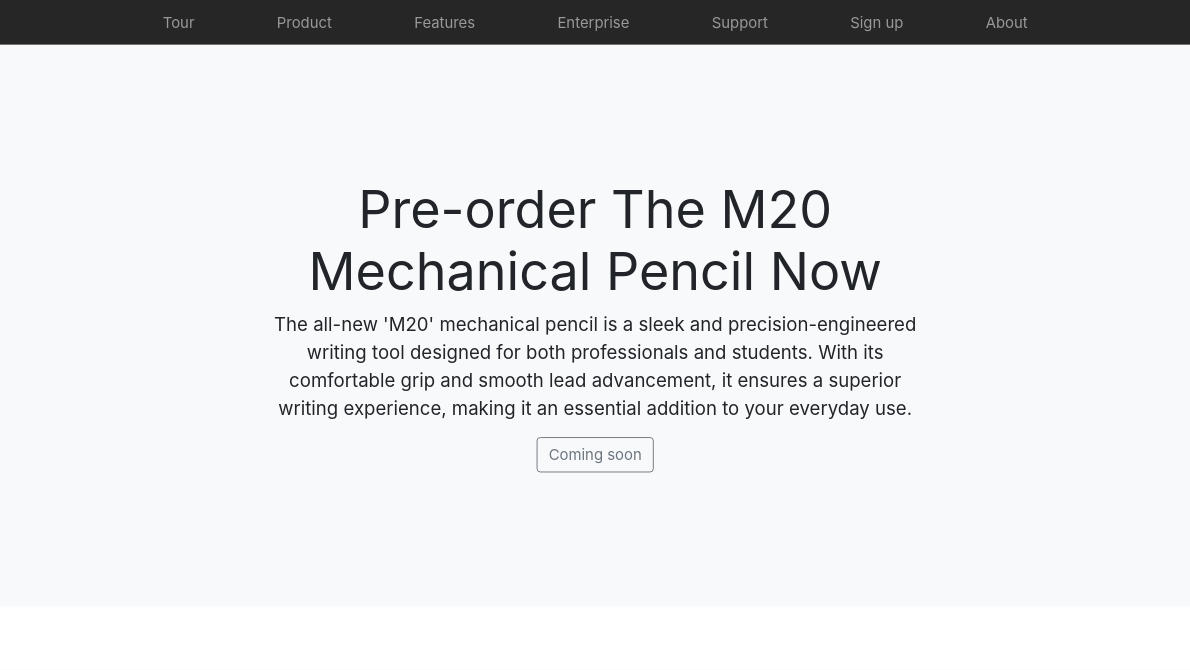
Repository: mshak008/Muhammad-Shakeel-Resume
Page: LearnCS8-Twilio/TwilioTemplate/index.html
The author's editor kept a record of every edit. The page is drawn from the files as they stood at one moment, then again after the next edit.
The browser window is 1280 px wide. The pictures show the whole page, at 93% of full size.

Above is the page before.

### LearnCS8-Twilio/TwilioTemplate/index.html
<!doctype html>
<html lang="en">
  <head>
    <!-- 862433975 -->
    <meta charset="utf-8">
    <meta name="viewport" content="width=device-width, initial-scale=1, shrink-to-fit=no">
    <meta name="description" content="Please include a description here">
    <meta name="author" content="YourStudentID">

    <!-- Bootstrap CSS -->
    <link rel="stylesheet" href="https://stackpath.bootstrapcdn.com/bootstrap/4.5.2/css/bootstrap.min.css" integrity="sha384-JcKb8q3iqJ61gNV9KGb8thSsNjpSL0n8PARn9HuZOnIxN0hoP+VmmDGMN5t9UJ0Z" crossorigin="anonymous">

    <!-- Title of your Website -->
    <title>M20 Mechanical Pencil</title>
    <link href="product.css" rel="stylesheet">
  </head>
  <body>
    <nav class="site-header sticky-top py-1">
    <!-- Top Menu Bar -->
    <div class="container d-flex flex-column flex-md-row justify-content-between">
        <a class="py-2 d-none d-md-inline-block" id="menu-item-1" href="#">Tour</a>
        <a class="py-2 d-none d-md-inline-block" id="menu-item-2" href="#">Product</a>
        <a class="py-2 d-none d-md-inline-block" id="menu-item-3" href="#">Features</a>
        <a class="py-2 d-none d-md-inline-block" id="menu-item-4" href="#">Enterprise</a>
        <a class="py-2 d-none d-md-inline-block" id="menu-item-5" href="#">Support</a>
        <a class="py-2 d-none d-md-inline-block" id="menu-item-6" href="#">Sign up</a>
        <a class="py-2 d-none d-md-inline-block" id="menu-item-7" href="#">About</a>
    </div>
</nav>
<!-- Main Header Section h1-->
<div class="position-relative overflow-hidden p-3 p-md-5 m-md-0 text-center bg-light">
    <div class="col-md-8 p-lg-5 mx-auto my-5">
        <h1 class="display-4 font-weight-normal">Pre-order The M20 Mechanical Pencil Now</h1>
        <p class="lead font-weight-normal">The all-new 'M20' mechanical pencil is a sleek and precision-engineered writing tool designed for both professionals and students. With its comfortable grip and smooth lead advancement, it ensures a superior writing experience, making it an essential addition to your everyday use.</p>
        <a class="btn btn-outline-secondary" href="#">Coming soon</a>
    </div>
</div>
  </body>
</html>

### LearnCS8-Twilio/TwilioTemplate/product.css
.container {
  max-width: 960px;
}

/*
 * Custom translucent site header
 */

.site-header {
  background-color: rgba(0, 0, 0, .85);
  -webkit-backdrop-filter: saturate(180%) blur(20px);
  backdrop-filter: saturate(180%) blur(20px);
}
.site-header a {
  color: #999;
  transition: ease-in-out color .15s;
}
.site-header a:hover {
  color: #fff;
  text-decoration: none;
}

/*
 * Dummy devices (replace them with your own or something else entirely!)
 */

.product-device {
  position: absolute;
  right: 10%;
  bottom: -30%;
  width: 300px;
  height: 540px;
  background-color: #333;
  border-radius: 21px;
  -webkit-transform: rotate(30deg);
  transform: rotate(30deg);
}

.product-device::before {
  position: absolute;
  top: 10%;
  right: 10px;
  bottom: 10%;
  left: 10px;
  content: "";
  background-color: rgba(255, 255, 255, .1);
  border-radius: 5px;
}

.product-device-2 {
  top: -25%;
  right: auto;
  bottom: 0;
  left: 5%;
  background-color: #e5e5e5;
}


/*
 * Extra utilities
 */

.flex-equal > * {
  -ms-flex: 1;
  flex: 1;
}
@media (min-width: 768px) {
  .flex-md-equal > * {
    -ms-flex: 1;
    flex: 1;
  }
}

.overflow-hidden { overflow: hidden; }

After the next edit:
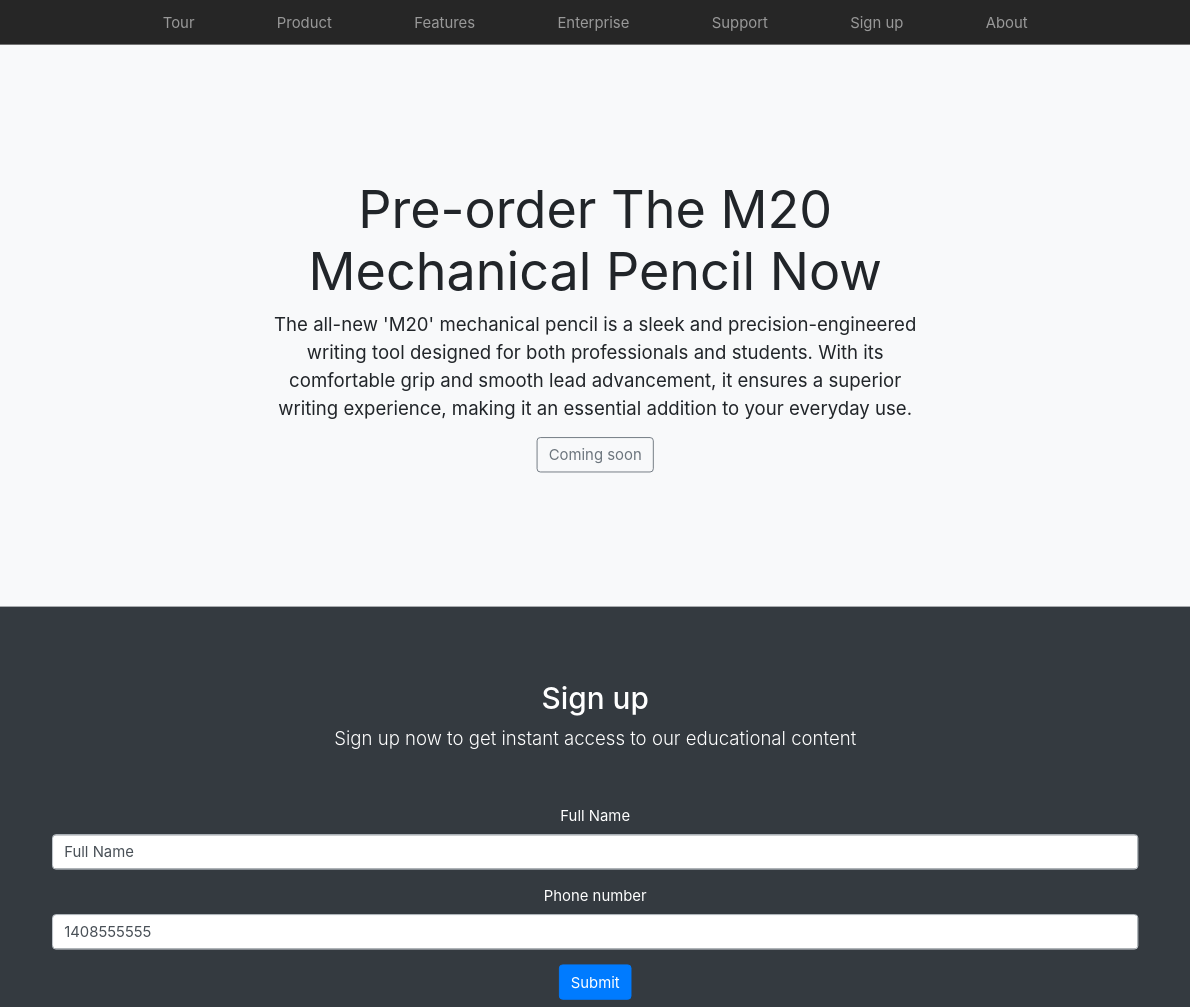
The edit:
--- a/LearnCS8-Twilio/TwilioTemplate/index.html
+++ b/LearnCS8-Twilio/TwilioTemplate/index.html
@@ -35,5 +35,44 @@
         <a class="btn btn-outline-secondary" href="#">Coming soon</a>
     </div>
 </div>
+<!-- Left Tile -->
+<div class="d-md-flex flex-md-equal w-100">
+    <div class="bg-dark pt-3 px-3 pt-md-5 px-md-5 text-center text-white overflow-hidden">
+        <div class="my-3 py-3">
+            <h2 class="display-5">Sign up</h2>
+            <p class="lead">Sign up now to get instant access to our educational content</p>
+        </div>
+        <!-- Web form when submitted will send a text message -->
+        <form class="p-2" onsubmit="sendTextMessage(); return false;">
+            <!-- Full Name Form Field -->
+            <div class="form-group">
+                <label for="example-first-name">Full Name</label>
+                <input type="text" value="Full Name" class="form-control" id="example-first-name" aria-describedby="emailHelp">
+            </div>
+            <!-- Phone Number Form Field -->
+            <div class="form-group">
+                <label for="example-tel-input">Phone number</label>
+                <input type="tel" class="form-control" value="1408555555" id="example-tel-input">
+            </div>
+            <!-- JavaScript that handles onSubmit logic -->
+            <!-- Configure the XHR request below with your own credentials -->
+            <script>
+            function sendTextMessage() {
+                console.log("Hello world!");
+                var xhr = new XMLHttpRequest();
+                var accountSID = "XXXXXXXXXXXXXXXX";
+                var authToken = "XXXXXXXXXXXXXXXX";
+                var base64encoded = accountSID + ":" + authToken;
+                var params = "To=" + document.getElementById('example-tel-input').value + "&From=" + "XXXXXXXXXX" + "&Body=" + "Hello " + document.getElementById('example-first-name').value + " nice job on sending your first SMS with APIs."
+                xhr.open("POST", "https://api.twilio.com/2010-04-01/Accounts/" + accountSID + "/Messages.json", true);
+                xhr.setRequestHeader('Content-Type', 'application/x-www-form-urlencoded');
+                xhr.setRequestHeader('Authorization', 'Basic ' + btoa(base64encoded));
+                xhr.send(params);
+            }
+            </script>
+            <!-- Submit button that will execute the sendTextMessage function -->
+            <button type="submit" class="btn btn-primary">Submit</button>
+        </form>
+    </div>
   </body>
 </html>
